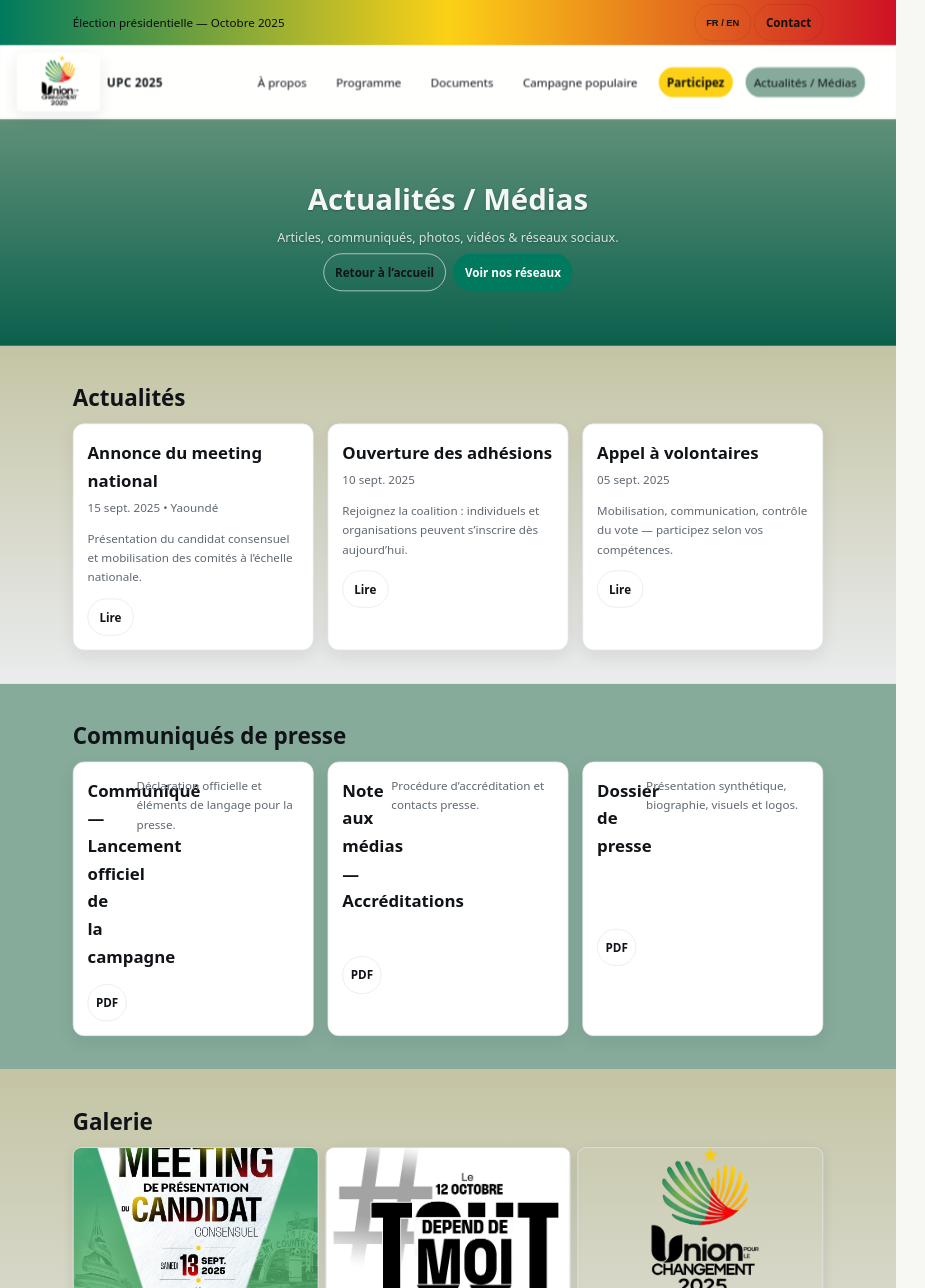
Repository: Kishny/upc2025
Page: actualites-medias.html
An editor plug-in stored every save of this project. The page is shown before and after the next save, followed by the edit.
The browser window is 1280 px wide. The page is 1280 px wide, then 1322 px, so the pictures cover 1322 px, including what lies to the right of the window. The pictures show the part of the page from y = 0 to 1840 px (the page is 3132 px tall), at 70% of full size.

Above is the page before, as saved 2025-09-12 02:21:20.
Console error: ReferenceError: DICT_ABOUT is not defined

### actualites-medias.html
<!DOCTYPE html>
<html lang="fr">
  <head>
    <meta charset="utf-8" />
    <meta name="viewport" content="width=device-width,initial-scale=1" />
    <title data-i18n="page_media_title">Actualités / Médias — UPC 2025</title>
    <meta
      name="description"
      content="Articles, communiqués, galerie photo/vidéo et réseaux sociaux de l'Union Pour le Changement 2025."
      data-i18n="page_media_desc"
    />
    <link rel="preload" href="assets/css/styles.css" as="style" />
    <link rel="stylesheet" href="assets/css/styles.css" />
    <link rel="icon" href="assets/img/logo.png" />
  </head>
  <body>
    <!-- Topbar -->
    <div class="topbar">
      <div class="container">
        <span class="topbar__msg" data-i18n="topbar_msg"
          >Élection présidentielle — Octobre 2025</span
        >
        <div class="topbar__actions">
          <button
            id="langToggle"
            class="btn btn--ghost"
            aria-label="Toggle language"
          >
            FR / EN
          </button>
          <a class="btn btn--ghost" href="contact.html" data-i18n="contact"
            >Contact</a
          >
        </div>
      </div>
    </div>

    <!-- Header -->
    <header class="header">
      <div class="container header__inner">
        <a href="index.html" class="brand">
          <img src="assets/img/logo.png" alt="UPC 2025" class="brand__logo" />
          <span class="brand__title">UPC 2025</span>
        </a>

        <nav id="nav" class="nav" aria-label="Navigation principale">
          <a href="a-propos.html" data-i18n="nav_about">À propos</a>
          <a href="programme.html" data-i18n="nav_program">Programme</a>
          <a href="documents-officiels.html" data-i18n="nav_docs">Documents</a>
          <a href="campagne-populaire.html" data-i18n="nav_campaign"
            >Campagne populaire</a
          >
          <a href="participez.html" class="nav__cta" data-i18n="nav_join"
            >Participez</a
          >
          <a
            href="actualites-medias.html"
            class="active"
            data-i18n="nav_news_media"
            >Actualités / Médias</a
          >
        </nav>

        <button id="burger" class="burger" aria-label="Menu">
          <span></span><span></span><span></span>
        </button>
      </div>
    </header>

    <!-- Hero compact -->
    <section class="hero hero--compact">
      <div class="hero__content container">
        <h1 class="hero__title" data-i18n="media_title">Actualités / Médias</h1>
        <p class="hero__subtitle" data-i18n="news_subtitle">
          Articles, communiqués, photos, vidéos & réseaux sociaux.
        </p>
        <div class="hero__cta">
          <a href="index.html" class="btn btn--outline" data-i18n="back_home"
            >Retour à l’accueil</a
          >
          <a href="#reseaux" class="btn btn--primary" data-i18n="goto_socials"
            >Voir nos réseaux</a
          >
        </div>
      </div>
    </section>

    <main>
      <!-- Articles -->
      <section class="section section--inset">
        <div class="container">
          <h2 class="section__title" data-i18n="news_title">Actualités</h2>

          <div class="cards cards--news">
            <article class="card news">
              <h3 data-i18n="news_1_title">Annonce du meeting national</h3>
              <p class="muted" data-i18n="news_1_meta">
                15 sept. 2025 • Yaoundé
              </p>
              <p data-i18n="news_1_excerpt">
                Présentation du candidat consensuel et mobilisation des comités
                à l’échelle nationale.
              </p>
              <a href="#" class="btn btn--outline" data-i18n="read_more"
                >Lire</a
              >
            </article>

            <article class="card news">
              <h3 data-i18n="news_2_title">Ouverture des adhésions</h3>
              <p class="muted" data-i18n="news_2_meta">10 sept. 2025</p>
              <p data-i18n="news_2_excerpt">
                Rejoignez la coalition : individuels et organisations peuvent
                s’inscrire dès aujourd’hui.
              </p>
              <a
                href="participez.html"
                class="btn btn--outline"
                data-i18n="read_more"
                >Lire</a
              >
            </article>

            <article class="card news">
              <h3 data-i18n="news_3_title">Appel à volontaires</h3>
              <p class="muted" data-i18n="news_3_meta">05 sept. 2025</p>
              <p data-i18n="news_3_excerpt">
                Mobilisation, communication, contrôle du vote — participez selon
                vos compétences.
              </p>
              <a
                href="participez.html#benevolat"
                class="btn btn--outline"
                data-i18n="read_more"
                >Lire</a
              >
            </article>
          </div>
        </div>
      </section>

      <!-- Communiqués de presse -->
      <section class="section section--alt section--inset">
        <div class="container">
          <h2 class="section__title" data-i18n="press_title">
            Communiqués de presse
          </h2>

          <div class="cards cards--press">
            <article class="card doc">
              <h3 data-i18n="press_1_title">
                Communiqué — Lancement officiel de la campagne
              </h3>
              <p data-i18n="press_1_excerpt">
                Déclaration officielle et éléments de langage pour la presse.
              </p>
              <a
                href="docs/Communique_Lancement.pdf"
                target="_blank"
                class="btn btn--outline"
                data-i18n="btn_pdf"
                >PDF</a
              >
            </article>

            <article class="card doc">
              <h3 data-i18n="press_2_title">
                Note aux médias — Accréditations
              </h3>
              <p data-i18n="press_2_excerpt">
                Procédure d’accréditation et contacts presse.
              </p>
              <a
                href="docs/Note_Medias_Accreditations.pdf"
                target="_blank"
                class="btn btn--outline"
                data-i18n="btn_pdf"
                >PDF</a
              >
            </article>

            <article class="card doc">
              <h3 data-i18n="press_3_title">Dossier de presse</h3>
              <p data-i18n="press_3_excerpt">
                Présentation synthétique, biographie, visuels et logos.
              </p>
              <a
                href="docs/Dossier_Presse_UPC2025.pdf"
                target="_blank"
                class="btn btn--outline"
                data-i18n="btn_pdf"
                >PDF</a
              >
            </article>
          </div>
        </div>
      </section>

      <!-- Galerie -->
      <section class="section section--inset">
        <div class="container">
          <h2 class="section__title" data-i18n="gallery_title">Galerie</h2>

          <div class="gallery gallery--wide" aria-label="Galerie">
            <img
              src="assets/img/hero-1.jpg"
              alt="Meeting de présentation"
              loading="lazy"
            />
            <img
              src="assets/img/hero-2.jpg"
              alt="Mobilisation des comités"
              loading="lazy"
            />
            <img src="assets/img/logo.png" alt="Logo UPC 2025" loading="lazy" />
          </div>

          <h3 class="section__subtitle" data-i18n="videos_title">Vidéos</h3>
          <div class="grid-2 media-grid">
            <div class="card">
              <div class="ratio-16x9">
                <iframe
                  src="https://www.youtube.com/embed/VIDEO_ID_1"
                  title="UPC 2025 — Présentation"
                  loading="lazy"
                  allowfullscreen
                ></iframe>
              </div>
            </div>
            <div class="card">
              <div class="ratio-16x9">
                <iframe
                  src="https://www.youtube.com/embed/VIDEO_ID_2"
                  title="UPC 2025 — Message du candidat"
                  loading="lazy"
                  allowfullscreen
                ></iframe>
              </div>
            </div>
          </div>
        </div>
      </section>

      <!-- Réseaux sociaux -->
      <section id="reseaux" class="section section--alt section--inset">
        <div class="container">
          <h2 class="section__title" data-i18n="socials_title">
            Réseaux sociaux
          </h2>
          <p class="muted" data-i18n="socials_subtitle">
            Suivez les annonces, live et contenus exclusifs sur nos canaux
            officiels.
          </p>

          <ul class="footer__socials socials--center">
            <li>
              <a
                class="sbtn"
                href="https://facebook.com/"
                target="_blank"
                aria-label="Facebook"
                title="Facebook"
                >f</a
              >
            </li>
            <li>
              <a
                class="sbtn"
                href="https://twitter.com/"
                target="_blank"
                aria-label="X/Twitter"
                title="X / Twitter"
                >X</a
              >
            </li>
            <li>
              <a
                class="sbtn"
                href="https://instagram.com/"
                target="_blank"
                aria-label="Instagram"
                title="Instagram"
                >◎</a
              >
            </li>
            <li>
              <a
                class="sbtn"
                href="https://t.me/"
                target="_blank"
                aria-label="Telegram"
                title="Telegram"
                >✈</a
              >
            </li>
            <li>
              <a
                class="sbtn"
                href="https://tiktok.com/"
                target="_blank"
                aria-label="TikTok"
                title="TikTok"
                >♫</a
              >
            </li>
            <li>
              <a
                class="sbtn"
                href="https://youtube.com/"
                target="_blank"
                aria-label="YouTube"
                title="YouTube"
                >▶</a
              >
            </li>
          </ul>
        </div>
      </section>
    </main>

    <!-- Navigation -->
    <section class="section nav-cta">
      <div class="container hero__cta">
        <a href="index.html" class="btn btn--outline" data-i18n="back_home">
          ← Retour à l’accueil
        </a>
        <a
          href="contact.html"
          class="btn btn--primary"
          data-i18n="goto_contact"
        >
          Contact →
        </a>
      </div>
    </section>

    <!-- Footer -->
    <footer class="footer footer--clean">
      <div class="container footer__wrap">
        <img src="assets/img/logo.png" alt="UPC 2025" class="footer__logo" />

        <div class="footer__titleline">
          <span class="footer__line"></span>
          <h3 class="footer__title" data-i18n="footer_join">REJOIGNEZ-NOUS</h3>
          <span class="footer__line"></span>
        </div>

        <ul class="footer__socials">
          <li>
            <a class="sbtn" href="#" aria-label="Facebook" title="Facebook"
              ><span aria-hidden="true">f</span></a
            >
          </li>
          <li>
            <a class="sbtn" href="#" aria-label="X / Twitter" title="X"
              ><span aria-hidden="true">X</span></a
            >
          </li>
          <li>
            <a class="sbtn" href="#" aria-label="Instagram" title="Instagram"
              ><span aria-hidden="true">◎</span></a
            >
          </li>
          <li>
            <a class="sbtn" href="#" aria-label="YouTube" title="YouTube"
              ><span aria-hidden="true">▶</span></a
            >
          </li>
        </ul>

        <nav class="footer__nav">
          <a href="index.html" data-i18n="nav_home">Accueil</a>
          <a href="a-propos.html" data-i18n="nav_about">À propos</a>
          <a href="programme.html" data-i18n="nav_program">Programme</a>
          <a href="documents-officiels.html" data-i18n="nav_docs">Documents</a>
          <a href="campagne-populaire.html" data-i18n="nav_campaign"
            >Campagne</a
          >
          <a href="actualites-medias.html" data-i18n="nav_news_media"
            >Actualités / Médias</a
          >
          <a href="contact.html" data-i18n="contact">Contact</a>
        </nav>

        <small class="footer__copy">
          © <span id="year"></span> UPC 2025 —
          <span data-i18n="rights">Tous droits réservés.</span>
        </small>
      </div>
    </footer>

    <script src="assets/js/app.js" defer></script>
  </body>
</html>

Loaded but not shown: assets/js/app.js (1332 lines, source omitted); assets/css/styles.css (2493 lines, source omitted)

After the next save:
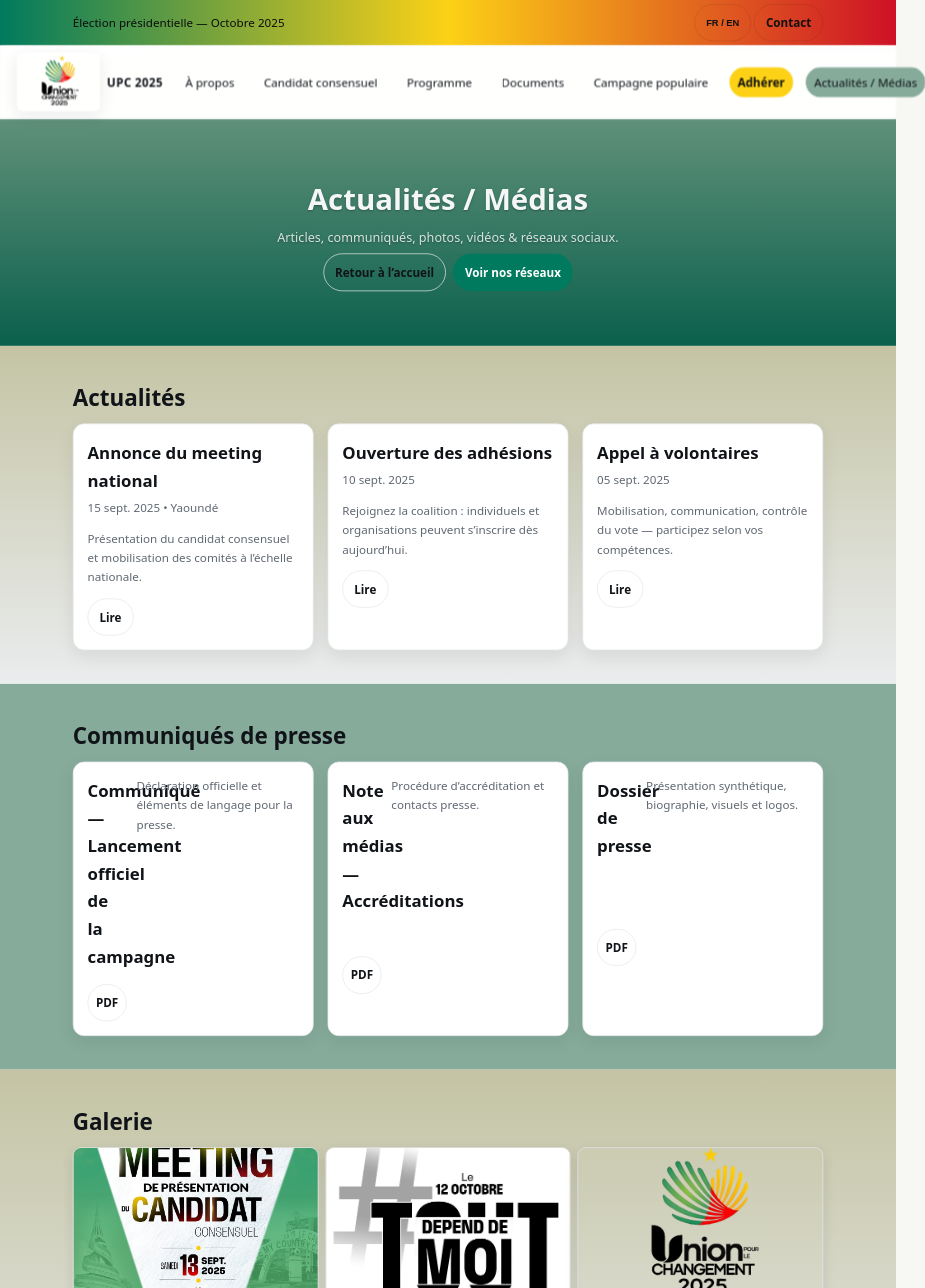
Saved 99 s later.
--- a/actualites-medias.html
+++ b/actualites-medias.html
@@ -45,13 +45,16 @@
 
         <nav id="nav" class="nav" aria-label="Navigation principale">
           <a href="a-propos.html" data-i18n="nav_about">À propos</a>
+          <a href="candidat.html" data-i18n="nav_candidate"
+            >Candidat consensuel</a
+          >
           <a href="programme.html" data-i18n="nav_program">Programme</a>
           <a href="documents-officiels.html" data-i18n="nav_docs">Documents</a>
           <a href="campagne-populaire.html" data-i18n="nav_campaign"
             >Campagne populaire</a
           >
-          <a href="participez.html" class="nav__cta" data-i18n="nav_join"
-            >Participez</a
+          <a href="adherer.html" class="nav__cta" data-i18n="nav_join"
+            >Adhérer</a
           >
           <a
             href="actualites-medias.html"
